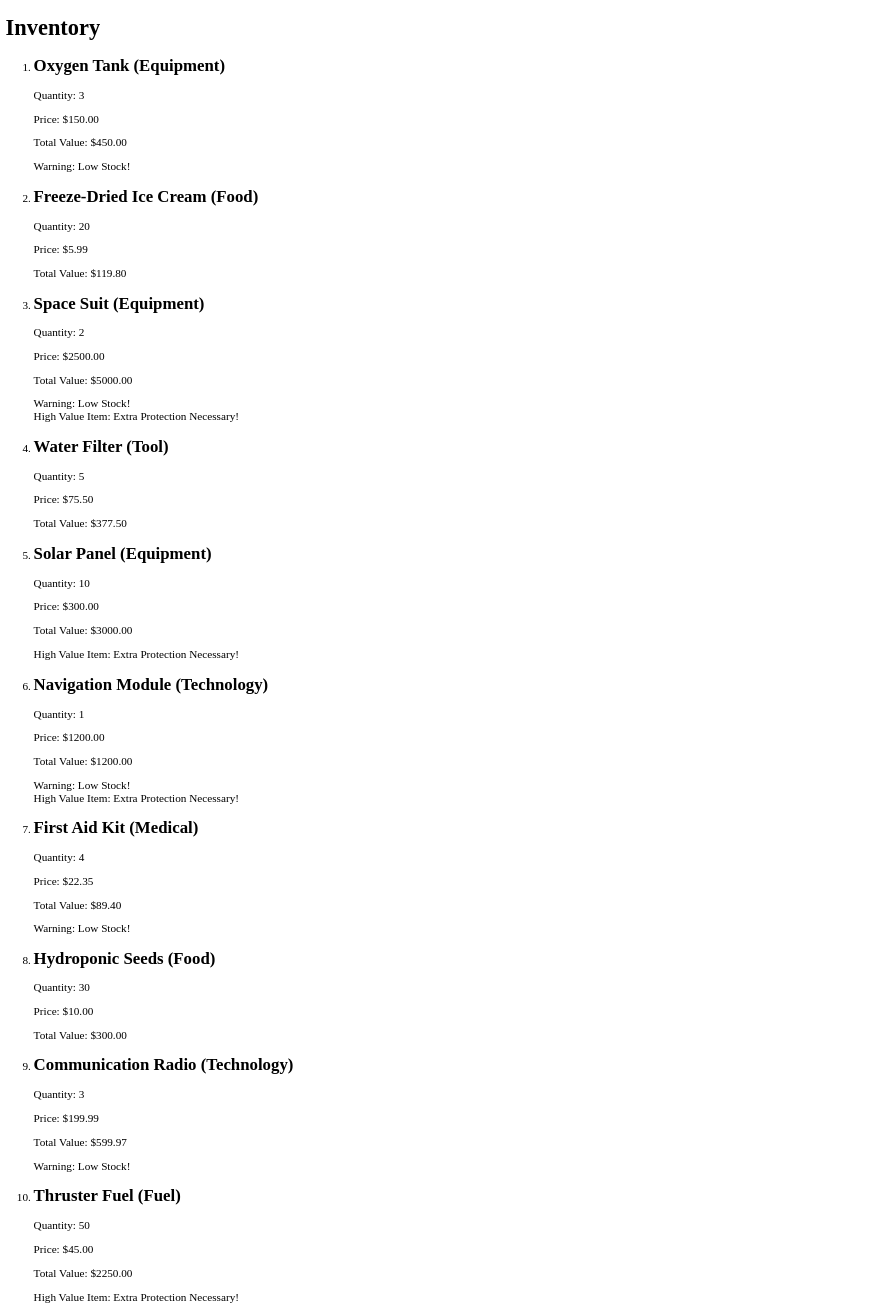
Repository: rmdayberry/Props-Exercise
Page: index.html
These files come from the project's save history. The page is drawn as it stood at one moment and after the next save; the edit follows.
The browser window is 1280 px wide. The pictures show the whole page, at 70% of full size.

Above is the page before, as saved 2024-08-16 09:17:02.

After the next save:
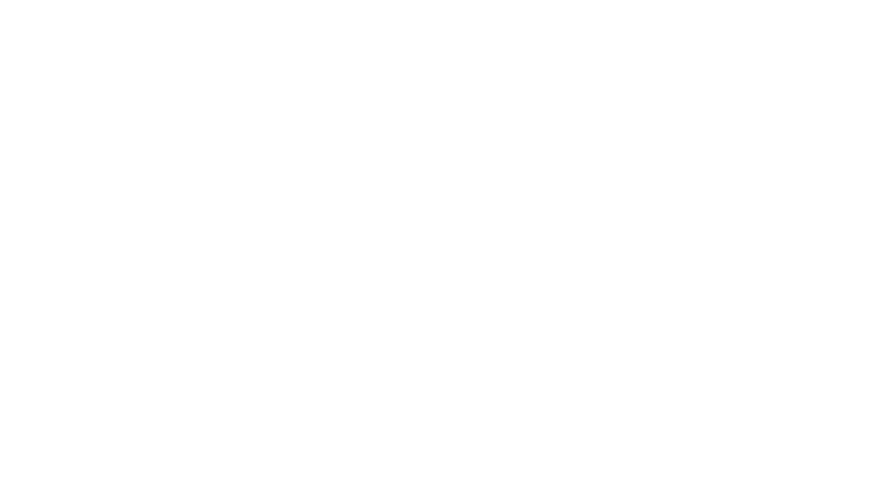
Console error (its wording comes from the project's code and is left out).
Saved 3 min 59 s later.
--- a/InventoryItem.js
+++ b/InventoryItem.js
@@ -13,11 +13,9 @@
       <p>Total Value: ${totalValue.toFixed(2)}</p>
 
       {lowStock && <Message>Warning: Low Stock!</Message>}
-      {highValue && (
-        <Message style={{ color: "red", fontWeight: "bold" }}>
+      {highValue && <Message style={{ color: "red", fontWeight: "bold" }}>
           High Value Item: Extra Protection Necessary!
         </Message>
-      )}
     </div>
   );
 }

After the save that followed:
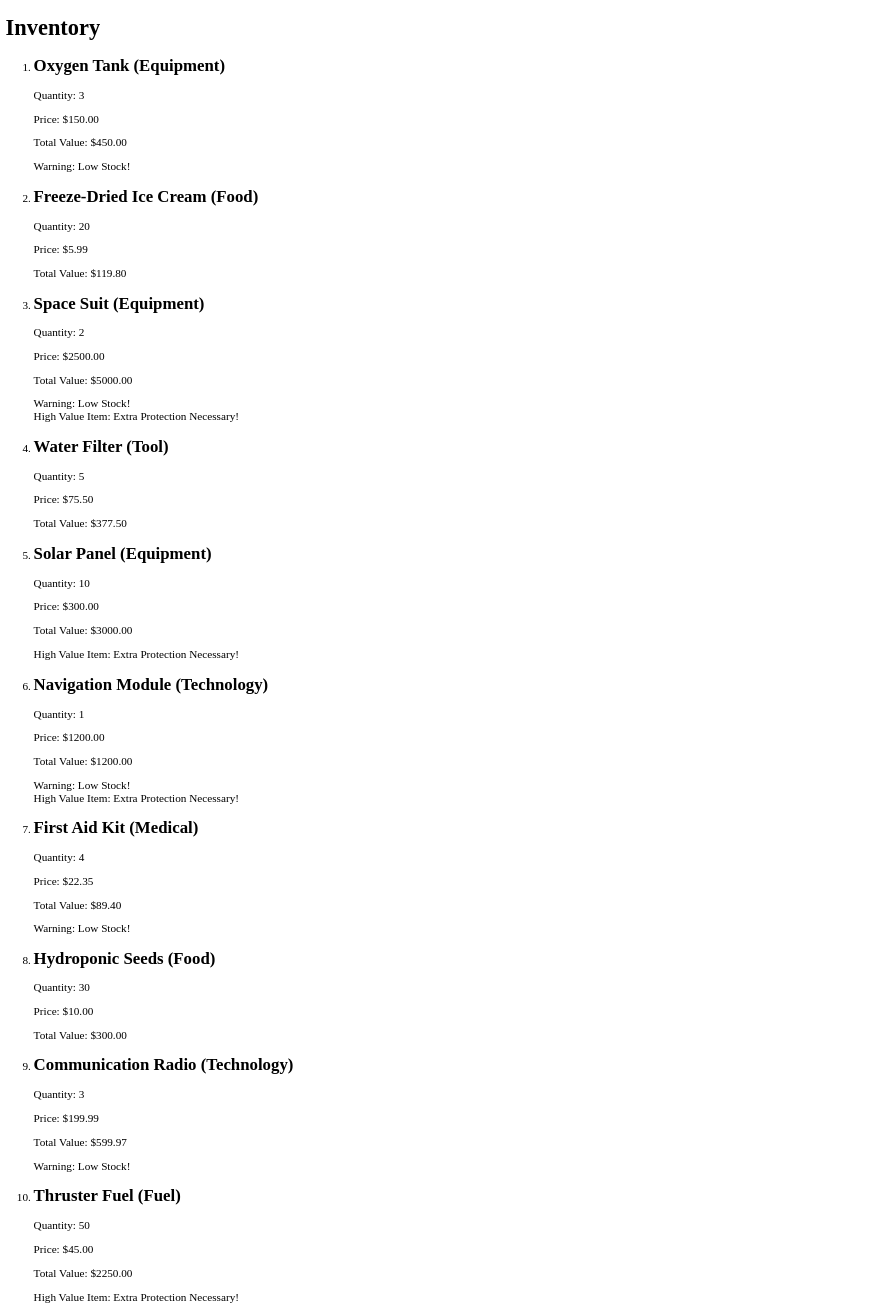
The error is gone.
Saved 63 s later.
--- a/InventoryItem.js
+++ b/InventoryItem.js
@@ -13,9 +13,11 @@
       <p>Total Value: ${totalValue.toFixed(2)}</p>
 
       {lowStock && <Message>Warning: Low Stock!</Message>}
-      {highValue && <Message style={{ color: "red", fontWeight: "bold" }}>
+      {highValue && (
+        <Message style={{ color: "red", fontWeight: "bold" }}>
           High Value Item: Extra Protection Necessary!
         </Message>
+      )}
     </div>
   );
 }
